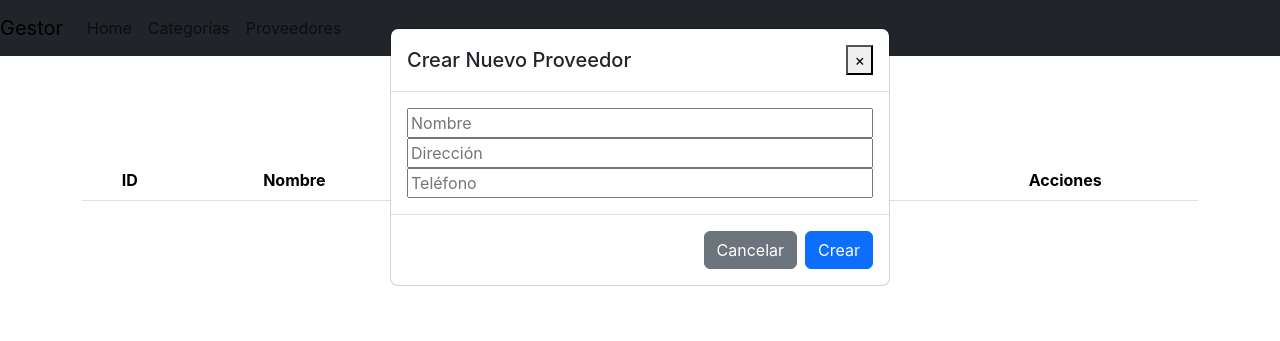
Repository: SantiagoGuaman/gestor-app
Page: /providers, after clicking the first element matching `button`
The author's editor kept a copy of each file at every save. The page is drawn from the files as they stood at one save, then again after a run of saves.
The browser window is 1280 px wide. The pictures show the whole page.
The page's requests for data from a server got no answer. The project was rebuilt for these pictures with package versions that can differ from the ones it lists, and the page was loaded fresh each time. No one was signed in, and anything a server would have sent is missing. Also part of the build but not shown: src/App.css, src/Categories/GetDataCategories.js, src/HomePage/HomePage.js.

Above is the page before, as saved 2024-02-14 11:38:32.

### public/index.html
<!DOCTYPE html>
<html lang="en">
  <head>
    <meta charset="utf-8" />
    <link rel="icon" href="%PUBLIC_URL%/favicon.ico" />
    <meta name="viewport" content="width=device-width, initial-scale=1" />
    <meta name="theme-color" content="#000000" />
    <meta
      name="description"
      content="Web site created using create-react-app"
    />
    <link rel="apple-touch-icon" href="%PUBLIC_URL%/logo192.png" />
    <!--
      manifest.json provides metadata used when your web app is installed on a
      user's mobile device or desktop. See https://developers.google.com/web/fundamentals/web-app-manifest/
    -->
    <link href="https://cdn.jsdelivr.net/npm/bootstrap@5.3.2/dist/css/bootstrap.min.css" rel="stylesheet" integrity="sha384-T3c6CoIi6uLrA9TneNEoa7RxnatzjcDSCmG1MXxSR1GAsXEV/Dwwykc2MPK8M2HN" crossorigin="anonymous">
    <link rel="manifest" href="%PUBLIC_URL%/manifest.json" />
    <!--
      Notice the use of %PUBLIC_URL% in the tags above.
      It will be replaced with the URL of the `public` folder during the build.
      Only files inside the `public` folder can be referenced from the HTML.

      Unlike "/favicon.ico" or "favicon.ico", "%PUBLIC_URL%/favicon.ico" will
      work correctly both with client-side routing and a non-root public URL.
      Learn how to configure a non-root public URL by running `npm run build`.
    -->
    <title>Gestor APP</title>
  </head>
  <body>
    <noscript>You need to enable JavaScript to run this app.</noscript>
    <div id="root"></div>
    <!--
      This HTML file is a template.
      If you open it directly in the browser, you will see an empty page.

      You can add webfonts, meta tags, or analytics to this file.
      The build step will place the bundled scripts into the <body> tag.

      To begin the development, run `npm start` or `yarn start`.
      To create a production bundle, use `npm run build` or `yarn build`.
    -->
  </body>
  <script src="https://cdn.jsdelivr.net/npm/bootstrap@5.3.2/dist/js/bootstrap.bundle.min.js" integrity="sha384-C6RzsynM9kWDrMNeT87bh95OGNyZPhcTNXj1NW7RuBCsyN/o0jlpcV8Qyq46cDfL" crossorigin="anonymous"></script>
</html>

### src/App.js
import { BrowserRouter, Route, Routes } from 'react-router-dom';
import './App.css';
import GetDataCategories from './Categories/GetDataCategories';
import NavBar from './NavBar/NavBar';
import GetDataProviders from './Proveedores/GetDataProviders';
import HomePage from './HomePage/HomePage';

function App() {
  return (
    <div>
      <BrowserRouter>
        <NavBar />
        <Routes>
          <Route exact path='/' element={<HomePage />} />
          <Route exact path='/categories' element={<GetDataCategories />} />
          <Route exact path='/providers' element={<GetDataProviders />} />
        </Routes>
      </BrowserRouter>
    </div>
  );
}

export default App;

### src/NavBar/NavBar.js
import React from 'react'
import { Link } from 'react-router-dom'

function NavBar() {
    return (
        <nav className="navbar navbar-expand-lg navbar-light bg-dark lg">
            <Link className="navbar-brand" to="/">Gestor</Link>
            <button className="navbar-toggler" type="button" data-toggle="collapse" data-target="#navbarNav" aria-controls="navbarNav" aria-expanded="false" aria-label="Toggle navigation">
                <span className="navbar-toggler-icon"></span>
            </button>
            <div className="collapse navbar-collapse" id="navbarNav">
                <ul className="navbar-nav">
                    <li className="nav-item active">
                        <Link className="nav-link" to="/">Home</Link>
                    </li>
                    <li className="nav-item">
                        <Link className="nav-link" to="/categories">Categorías</Link>
                    </li>
                    <li className="nav-item">
                        <Link className="nav-link" to="/providers">Proveedores</Link>
                    </li>
                </ul>
            </div>
        </nav>
    )
}

export default NavBar

### src/Proveedores/GetDataProviders.js
import React, { useEffect, useState } from 'react'

function GetDataProviders() {

    const endPoint = 'http://localhost:8080/api/proveedores';

    const [proveedores, setProveedores] = useState([]);
    const [newProveedor, setNewProveedor] = useState({
        nombre: '',
        direccion: '',
        telefono: ''
    });
    const [editProveedor, setEditProveedor] = useState({
        nombre: '',
        direccion: '',
        telefono: ''
    });
    const [isCreateModalOpen, setCreateModalOpen] = useState(false);

    const fetchData = async () => {
        try {
            const response = await fetch(endPoint);
            if (response.ok) {
                const data = await response.json();
                setProveedores(data);
            }
        } catch (error) {
            console.error("Error fetching data:", error);
        }
    };

    const handleCreate = async () => {
        try {
            const response = await fetch(endPoint, {
                method: 'POST',
                headers: {
                    'Content-Type': 'application/json',
                },
                body: JSON.stringify(newProveedor),
            });

            if (response.ok) {
                console.log('Proveedor creado exitosamente');
                fetchData();
                setNewProveedor({
                    nombre: '',
                    direccion: '',
                    telefono: ''
                });
                setCreateModalOpen(false);
            } else {
                console.error('Error al crear el Proveedor');
            }
        } catch (error) {
            console.error('Error al procesar la solicitud de creación:', error);
        }
    };

    const handleEdit = (proveedor) => {
        setEditProveedor(proveedor);
    };

    const handleUpdate = async () => {
        try {
            const response = await fetch(`${endPoint}/${editProveedor.id}`, {
                method: 'PUT',
                headers: {
                    'Content-Type': 'application/json',
                },
                body: JSON.stringify(editProveedor),
            });

            if (response.ok) {
                console.log('Proveedor actualizado exitosamente');
                fetchData();
                setEditProveedor({
                    id: null,
                    nombre: '',
                    direccion: '',
                    telefono: ''
                });
            } else {
                console.error('Error al actualizar el Proveedor');
            }
        } catch (error) {
            console.error('Error al procesar la solicitud de actualización:', error);
        }
    };

    const handleDelete = async (id) => {
        try {
            const response = await fetch(`${endPoint}/${id}`, {
                method: 'DELETE',
            });

            if (response.ok) {
                console.log('Proveedor eliminado exitosamente');
                fetchData();
            } else {
                console.error('Error al eliminar al Proveedor');
            }
        } catch (error) {
            console.error('Error al procesar la solicitud de eliminación:', error);
        }
    }


    useEffect(() => {
        fetchData();
    }, []);

    return (
        <div className='container text-center mt-5'>
            <h1>Lista de Proveedores</h1>
            <table className="table table-hover">
                <thead>
                    <tr>
                        <th>ID</th>
                        <th>Nombre</th>
                        <th>Dirección</th>
                        <th>Teléfono</th>
                        <th>Acciones</th>
                    </tr>
                </thead>
                <tbody>
                    {proveedores.map((proveedor) => (
                        <tr key={proveedor.id_proveedor}>
                            <td>{proveedor.id_proveedor}</td>
                            <td>{proveedor.nombre}</td>
                            <td>{proveedor.direccion}</td>
                            <td>{proveedor.telefono}</td>
                            <td>
                                <button className='btn btn-secondary' onClick={() => handleEdit(proveedor)}>Editar</button>
                                <button className='btn btn-danger' onClick={() => handleDelete(proveedor.id_proveedor)}>Eliminar</button>
                            </td>
                        </tr>
                    ))}
                </tbody>
            </table>
            <button onClick={() => setCreateModalOpen(true)}>Crear Proveedor</button>
            {isCreateModalOpen && (
                <div className="modal" tabIndex="-1" role="dialog" style={{ display: 'block' }}>
                    <div className="modal-dialog" role="document">
                        <div className="modal-content">
                            <div className="modal-header">
                                <h5 className="modal-title">Crear Nuevo Proveedor</h5>
                                <button type="button" className="close" data-dismiss="modal" aria-label="Close" onClick={() => setCreateModalOpen(false)}>
                                    <span aria-hidden="true">&times;</span>
                                </button>
                            </div>

                            <div className="modal-body" style={{ display: 'flex', flexDirection: 'column' }}>
                                <input
                                    type="text"
                                    placeholder="Nombre"
                                    value={newProveedor.nombre}
                                    onChange={(e) => setNewProveedor({ ...newProveedor, nombre: e.target.value })}
                                />
                                <input
                                    type="text"
                                    placeholder="Dirección"
                                    value={newProveedor.direccion}
                                    onChange={(e) => setNewProveedor({ ...newProveedor, direccion: e.target.value })}
                                />
                                <input
                                    type="text"
                                    placeholder="Teléfono"
                                    value={newProveedor.telefono}
                                    onChange={(e) => setNewProveedor({ ...newProveedor, telefono: e.target.value })}
                                />
                            </div>
                            <div className="modal-footer">
                                <button type="button" className="btn btn-secondary" onClick={() => setCreateModalOpen(false)}>Cancelar</button>
                                <button type="button" className="btn btn-primary" onClick={handleCreate}>Crear</button>
                            </div>
                        </div>
                    </div>
                </div>

            )}
            {editProveedor.id && (
                <div>
                    <h2>Editar Proveedor</h2>
                    <input
                        type="text"
                        value={editProveedor.nombre}
                        onChange={(e) => setEditProveedor({ ...editProveedor, nombre: e.target.value })}
                    />
                    <input
                        type="text"
                        value={editProveedor.direccion}
                        onChange={(e) => setEditProveedor({ ...editProveedor, direccion: e.target.value })}
                    />
                    <input
                        type="text"
                        value={editProveedor.telefono}
                        onChange={(e) => setEditProveedor({ ...editProveedor, telefono: e.target.value })}
                    />
                    <button className='btn btn-success' onClick={handleUpdate}>Guardar</button>
                </div>
            )}
        </div>
    );
}

export default GetDataProviders

Loaded but not shown: src/index.js (common file); src/index.css (common file); src/reportWebVitals.js (common file)

After the next 3 saves:
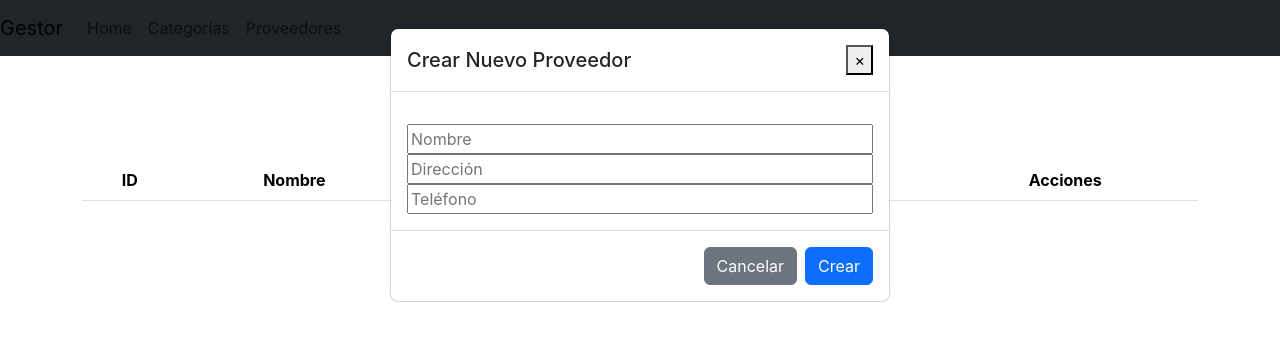
The 3 saves are shown as one change because they came seconds apart.
The last was saved 14 s later.
--- a/src/Proveedores/GetDataProviders.js
+++ b/src/Proveedores/GetDataProviders.js
@@ -150,7 +150,7 @@ function GetDataProviders() {
                             </div>
 
                             <div className="modal-body" style={{ display: 'flex', flexDirection: 'column' }}>
-                                <input
+                                <input className='mt-3'
                                     type="text"
                                     placeholder="Nombre"
                                     value={newProveedor.nombre}
